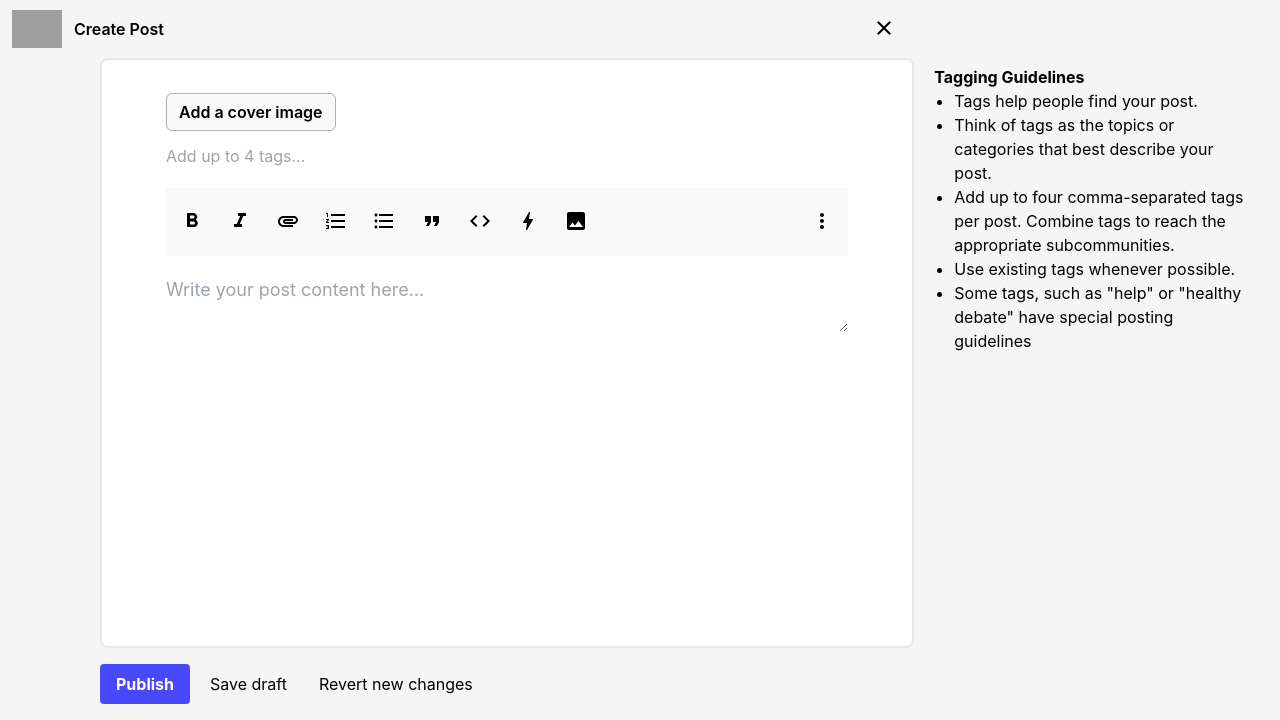
Repository: dat-nguyen-2001/Dev.to
Page: /new (app in client/)
The author's editor kept a copy of each file at every save. The page is drawn from the files as they stood at one save, then again after the next save.
The browser window is 1280 px wide. The pictures show the whole page.
Pictures or frames that could not be fetched are drawn as grey boxes. An inner scrolling area shows only its first screen. The project was rebuilt for these pictures with package versions that can differ from the ones it lists, and the page was loaded fresh each time. Also part of the build but not shown: client/src/components/Footer.tsx, client/src/components/nav/GuestNav.tsx, client/src/components/nav/NavBar.tsx, client/src/components/Layout.tsx, client/src/pages/about.tsx, client/src/components/SignInForm.tsx, client/src/components/SignInPlatform.tsx, client/src/pages/enter.tsx and 1 more.

Above is the page before, as saved 2022-09-25 12:17:45.

### client/public/index.html
<!DOCTYPE html>
<html lang="en">
  <head>
    <meta charset="utf-8" />
    <link rel="icon" href="%PUBLIC_URL%/dev.to-icon.png" />
    <meta name="viewport" content="width=device-width, initial-scale=1" />
    <meta name="theme-color" content="#000000" />
    <meta
      name="description"
      content="Web site created using create-react-app"
    />
  </head>
  <body>
    <noscript>You need to enable JavaScript to run this app.</noscript>
    <div id="root"></div>
  </body>
</html>

### client/src/index.tsx
import React from 'react';
import ReactDOM from 'react-dom/client';
import './index.css';
import App from './App';
import reportWebVitals from './reportWebVitals';

const root = ReactDOM.createRoot(
  document.getElementById('root') as HTMLElement
);
root.render(
  <React.StrictMode>
      <App />
  </React.StrictMode>
);

// If you want to start measuring performance in your app, pass a function
// to log results (for example: reportWebVitals(console.log))
// or send to an analytics endpoint. Learn more: https://bit.ly/CRA-vitals
reportWebVitals();

### client/src/index.css
@tailwind base;
@tailwind components;
@tailwind utilities;

body {
  margin: 0;
  font-family: -apple-system, BlinkMacSystemFont, 'Segoe UI', 'Roboto', 'Oxygen',
    'Ubuntu', 'Cantarell', 'Fira Sans', 'Droid Sans', 'Helvetica Neue',
    sans-serif;
  -webkit-font-smoothing: antialiased;
  -moz-osx-font-smoothing: grayscale;
  background-color: #f5f5f5;
}

code {
  font-family: source-code-pro, Menlo, Monaco, Consolas, 'Courier New',
    monospace;
}


.space-between {
  justify-content: space-between;
}

.icon {
  @apply w-9 h-9 hover:text-[blue]/70 hover:bg-[#e2e3f3] text-center cursor-pointer rounded py-1
}

/* make words between a line */

.linedWord::before, .linedWord::after {
  content: "";
  flex: 1 1;
  border-bottom : 1px solid black;
  margin: auto
}

.linedWord::before {
  margin-right: 5px
}

.linedWord::after {
  margin-left: 5px
}

.registerInput {
  @apply h-[40px] border-[1px] rounded pl-1
}

.tagsInput:focus ~ tagsOptions {
  display: flex;
}

### client/src/App.tsx
import {
  BrowserRouter as Router,
  Routes,
  Route,
} from 'react-router-dom';

import AboutPage from './pages/about';
import SignIn from './pages/enter';
import HomePage from './pages/home';
import New from './pages/new';

function App() {
  return (<Router>
    <Routes>
    <Route path='/' element={< HomePage />}></Route>
      <Route path='/about' element={< AboutPage />}></Route>
      <Route path='/enter' element={< SignIn />}></Route>
      <Route path='/new' element={< New />}></Route>
    </Routes>
  </Router>

  );
}

export default App;

### client/src/pages/new.tsx
import ClearIcon from '@mui/icons-material/Clear';
import FormatListNumberedIcon from '@mui/icons-material/FormatListNumbered';
import FormatListBulletedIcon from '@mui/icons-material/FormatListBulleted';
import FormatBoldIcon from '@mui/icons-material/FormatBold';
import FormatItalicIcon from '@mui/icons-material/FormatItalic';
import ImageIcon from '@mui/icons-material/Image';
import AttachmentIcon from '@mui/icons-material/Attachment';
import MoreVertIcon from '@mui/icons-material/MoreVert';
import FormatQuoteIcon from '@mui/icons-material/FormatQuote';
import CodeIcon from '@mui/icons-material/Code';
import BoltIcon from '@mui/icons-material/Bolt';
import { useEffect, useState } from 'react';

const New = () => {

    //Handle creating new article
    const createArticle = () => {
        console.log('created!')
    }

    //Preview image uploaded by user
    const [url, setUrl] = useState<string>('')
    const handlePreviewImage = (e: any) => {
        const file = e.target.files[0];
        const url = URL.createObjectURL(file);
        setUrl(url)
    }

    //Handle tags
    const tags = ["javascript", "react", "python", "dev's life", "programming", "css", "html", "typescript", "mongodb" , "webdev", "beginners", "tutorial", "algorithms", "postgres", "threejs", "open source", "github", "docker", "testing"]
    const [displayTags, setDisplayTags] = useState(false);
    const displayTagsHandler = () => {setDisplayTags(true)}
    // Resize textarea when typing
    const textarea = document.querySelector('textarea');
    const handleResize = (e: any) => {
        const area = e.target;
        area.style.height = "auto";
        area.style.height = area.scrollHeight + "px";
    }
    if (textarea !== null) {
        textarea.addEventListener('input', handleResize)
    }


    return (
        <div className='md:grid grid-cols-4 bg-[#f5f5f5] lg:grid-cols-7 2xl:pl-[100px]'>
            <div className='flex flex-col content-center h-screen col-span-3 lg:col-span-5'>
                <div className='h-[8vh] flex items-center space-between px-3'>
                    <div className='flex items-center space-x-3'>
                        <a href='/' className='hidden md:inline'>
                            <img src="https://dev-to-uploads.s3.amazonaws.com/uploads/logos/resized_logo_UQww2soKuUsjaOGNB38o.png" width={50} className="cursor-pointer" />
                        </a>
                        <p className='font-semibold'>Create Post</p>
                    </div>
                    <div className='icon'>
                        <a href='/'>
                            <ClearIcon />
                        </a>
                    </div>
                </div>
                <div className='overflow-y-auto bg-white h-[82vh] border-[2px] rounded-lg flex flex-col py-3 md:py-10 px-2 md:px-16 space-y-5 lg:ml-[100px]'>
                    <form>
                        <input type="file" name='file' id='file' onChange={handlePreviewImage} className='w-0 h-0 opacity-0 overflow-hidden absolute z-[-1] ' />
                        <label htmlFor='file' className='bg-[#f9f9f9] font-semibold px-3 py-2 cursor-pointer rounded-md border-black/30 border-[1.5px]'>Add a cover image</label>
                    </form>

                    {/* preview image * /}
                    {url !== "" &&
                        <div className='flex items-center space-x-10'>
                            <img src={url} width={200} />
                            <button className='text-lg px-3 py-1 text-[red] hover:bg-[#eeeeee] rounded-md' onClick={() => setUrl('')}>Remove</button>
                        </div>}

                    <form>
                        <input placeholder='New post title here...' className='text-3xl md:text-4xl lg:text-5xl w-full h-[130%] outline-none font-bold placeholder-black/70' />
                    </form>

                    {/* Tags */}
                    <form className='relative'>
                        <input onFocus={displayTagsHandler} placeholder='Add up to 4 tags...' className='w-full outline-none tagsInput' />
                        <div className='tagsOptions hidden z-[100] absolute top-10 flex-col px-2 bg-white w-full border-[.1em] border-solid border-[#777] rounded-md max-h-[500px] overflow-y-auto'>
                            <h2 className='text-lg font-bold pt-3 pb-3 px-3'>Top tags</h2>
                            <hr></hr>
                            <ul className='flex flex-col space-y-0 cursor-pointer pt-3'>
                                {tags.map(tag => (
                                    <li key={tag} className='py-5 px-3 hover:text-[#3e45b2] hover:bg-[#f5f5f5]'>#{tag}</li>
                                ))}
                            </ul>
                        </div>
                    </form>

                    {/* Options */}
                    <div className='bg-[#f9f9f9] w-full'>
                        <div className='flex space-between py-4 px-2 '>
                            <div className='flex space-x-3'>
                                <div className='icon'>
                                    <FormatBoldIcon />
                                </div>
                                <div className='icon'>
                                    <FormatItalicIcon />
                                </div>
                                <div className='icon hidden sm:inline'>
                                    <AttachmentIcon />
                                </div>
                                <div className='icon'>
                                    <FormatListNumberedIcon />
                                </div>
                                <div className='icon'>
                                    <FormatListBulletedIcon />
                                </div>
                                <div className='icon hidden md:inline'>
                                    <FormatQuoteIcon />
                                </div>
                                <div className='icon hidden md:inline'>
                                    <CodeIcon />
                                </div>
                                <div className='icon hidden md:inline'>
                                    <BoltIcon />
                                </div>
                                <div className='icon'>
                                    <ImageIcon />
                                </div>
                            </div>
                            <div className='icon'>
                                <MoreVertIcon />
                            </div>
                        </div>

                    </div>
                    <div className='w-full'>
                        <textarea placeholder='Write your post content here...' className='outline-none text-lg w-full' />
                    </div>
                </div>
                <div className='h-[10vh] flex items-center px-3 space-x-2 lg:ml-[100px] lg:px-0'>
                    <button className='px-4 py-2 rounded bg-[blue]/70 hover:bg-[blue] text-white font-bold text-base' onClick={createArticle}>Publish</button>
                    <button className='px-3 py-2 rounded hover:text-[blue]/70 hover:bg-[#e2e3f3]'>Save draft</button>
                    <button className='hidden sm:inline px-3 py-2 rounded hover:text-[blue]/70 hover:bg-[#e2e3f3] text-md'>Revert new changes</button>
                </div>
            </div>

            {/* Sidebar */}
            <div className='hidden md:inline col-span-1 lg:col-span-2 h-[82vh] my-auto px-2 lg:px-5 md:mr-4'>
                <h1 className='font-bold'>Tagging Guidelines</h1>
                <ul className='text-[14px] lg:text-base list-disc pl-5 '>
                    <li>Tags help people find your post.</li>
                    <li>Think of tags as the topics or categories that best describe your post.</li>
                    <li>Add up to four comma-separated tags per post. Combine tags to reach the appropriate subcommunities.</li>
                    <li>Use existing tags whenever possible.</li>
                    <li>Some tags, such as "help" or "healthy debate" have special posting guidelines</li>
                </ul>
            </div>

        </div>
    )
}

export default New

Loaded but not shown: client/src/reportWebVitals.ts (common file); client/tailwind.config.js (common file)

After the next save:
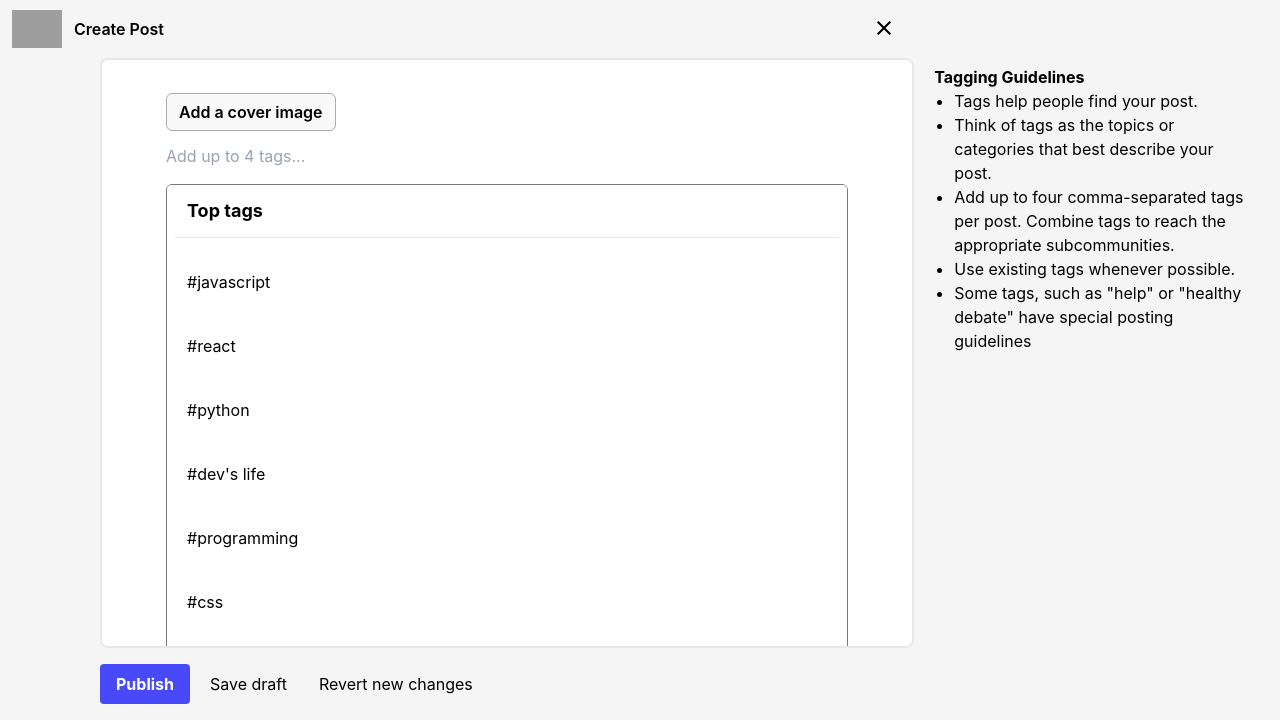
Saved 23 s later.
--- a/client/src/pages/new.tsx
+++ b/client/src/pages/new.tsx
@@ -78,7 +78,7 @@ const New = () => {
                     {/* Tags */}
                     <form className='relative'>
                         <input onFocus={displayTagsHandler} placeholder='Add up to 4 tags...' className='w-full outline-none tagsInput' />
-                        <div className='tagsOptions hidden z-[100] absolute top-10 flex-col px-2 bg-white w-full border-[.1em] border-solid border-[#777] rounded-md max-h-[500px] overflow-y-auto'>
+                        <div className=' z-[100] absolute top-10 flex-col px-2 bg-white w-full border-[.1em] border-solid border-[#777] rounded-md max-h-[500px] overflow-y-auto'>
                             <h2 className='text-lg font-bold pt-3 pb-3 px-3'>Top tags</h2>
                             <hr></hr>
                             <ul className='flex flex-col space-y-0 cursor-pointer pt-3'>
